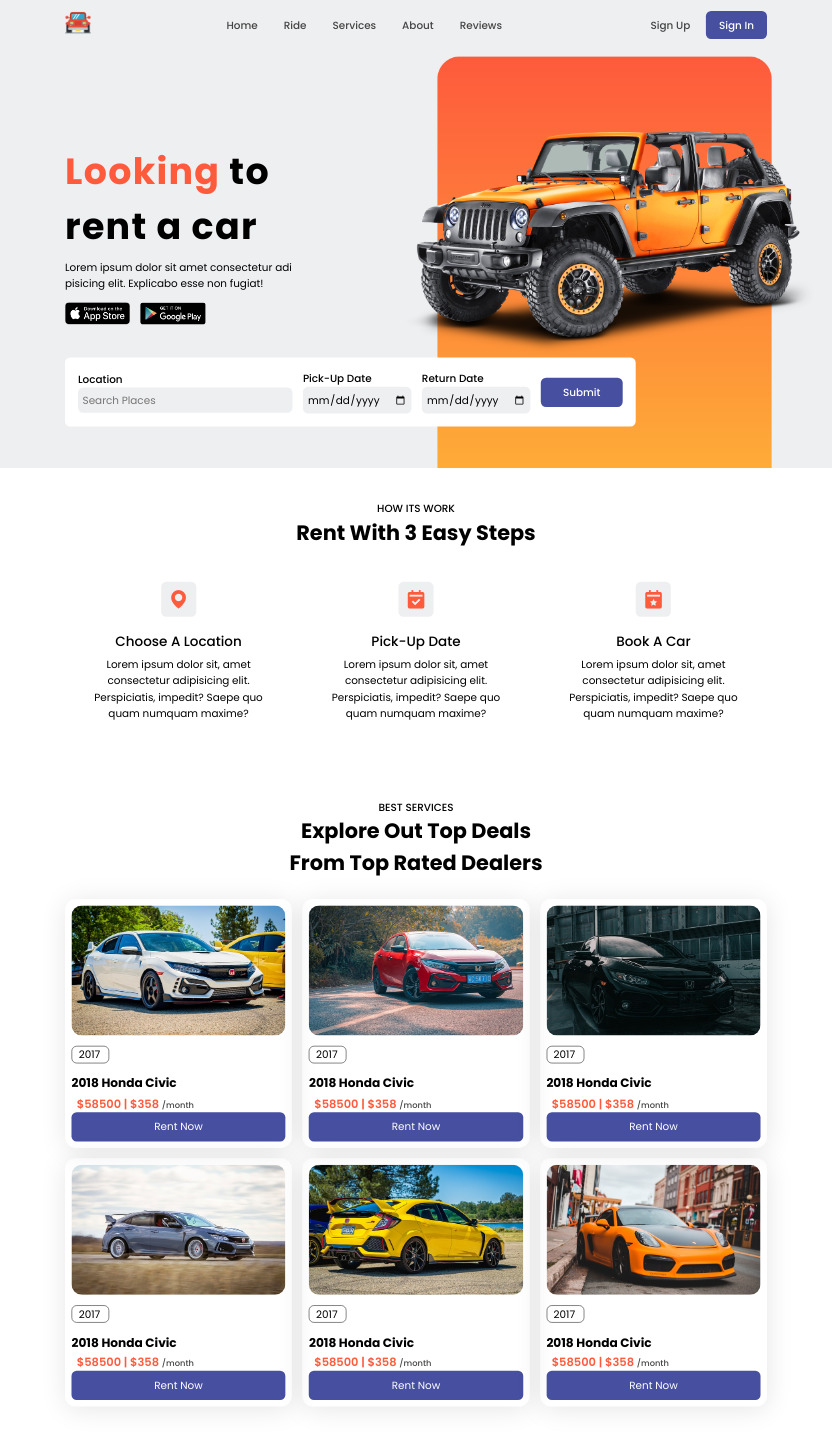
Repository: douglasabnovato/car-rental
Page: index.html
The author's editor kept a copy of each file at every save. The page is drawn from the files as they stood at one save, then again after the next save.
The browser window is 1280 px wide. The pictures show the whole page, at 65% of full size.
The pointer rests on the first visible `.services-container .box .btn`.

Above is the page before, as saved 2025-05-16 15:29:38.

After the next save:
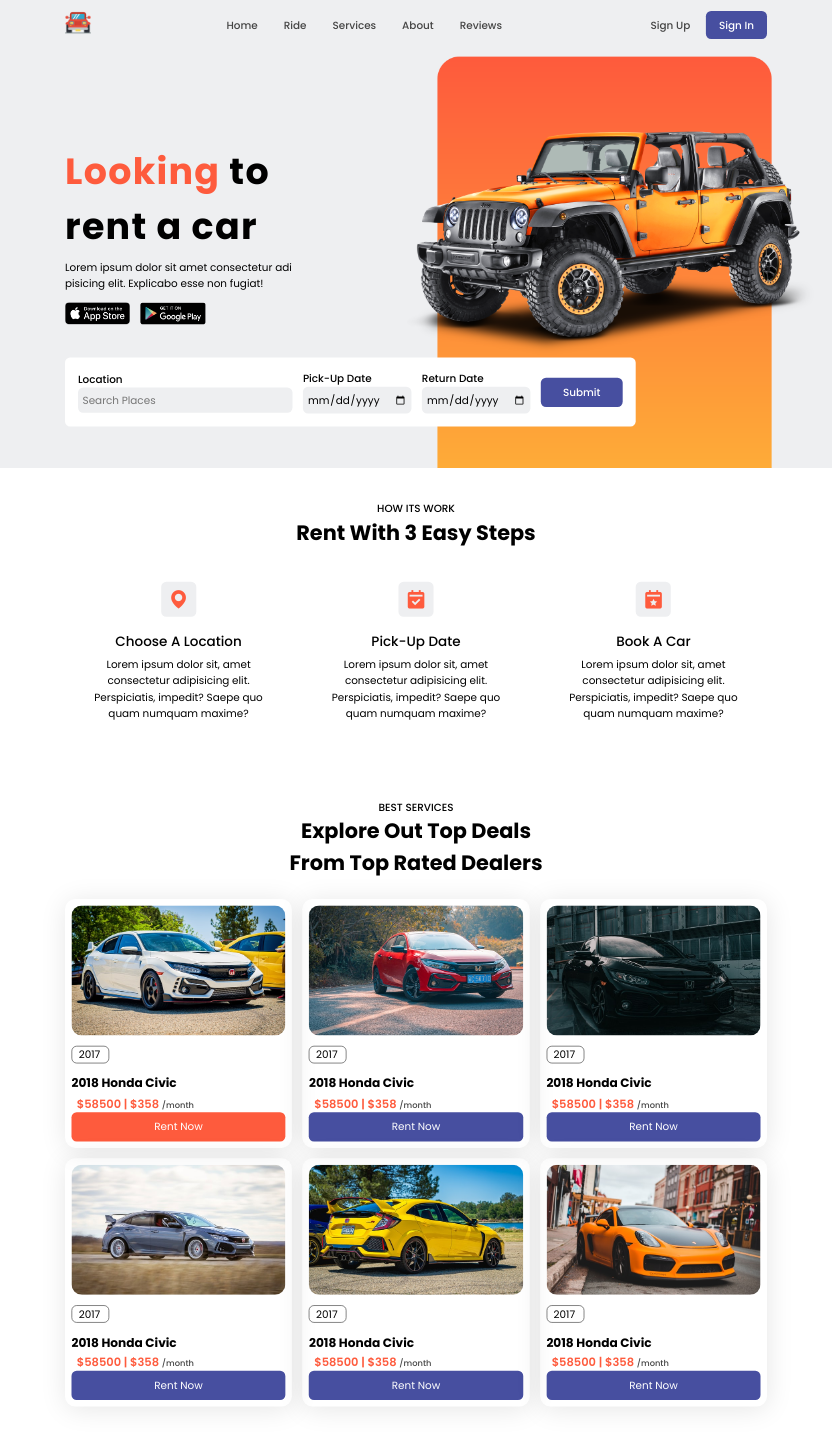
Saved 85 s later.
--- a/style.css
+++ b/style.css
@@ -295,3 +295,7 @@ header {
     padding: 10px;
     border-radius: .5rem;
 }
+
+.services-container .box .btn:hover {
+ background: var(--main-color);
+}
